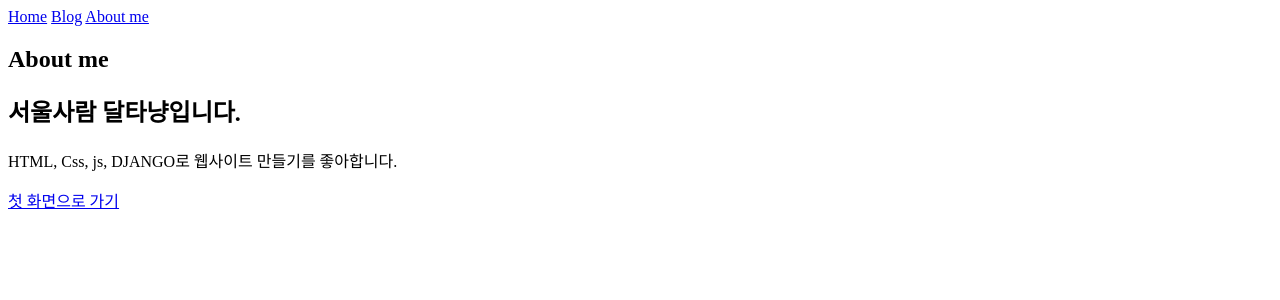
Repository: lwygold/do_it_ft
Page: blog_list.html
The author's editor kept a copy of each file at every save. The page is drawn from the files as they stood at one save, then again after a run of saves.
The browser window is 1280 px wide. The pictures show the whole page.

Above is the page before, as saved 2021-08-10 17:57:07.

After the next 3 saves:
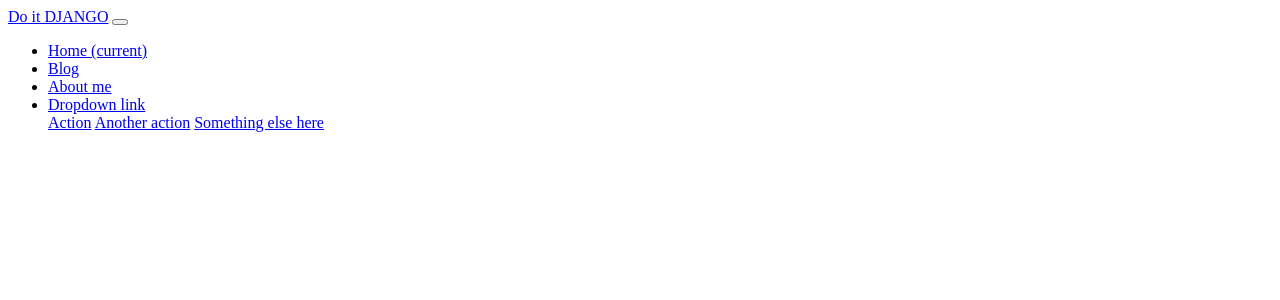
The 3 saves are shown as one change because they came seconds apart.
The last was saved 9 s later.
--- a/blog_list.html
+++ b/blog_list.html
@@ -7,18 +7,38 @@
     <title>About Me</title>
 </head>
 <body>
-    <nav>
-        <a href="./index.html">Home</a>
-        <a href="./blog_list.html">Blog</a>
-        <a href="./about_me.html">About me</a>
 
-        <h1>About me</h1>
-        <h2>서울사람 달타냥입니다.</h2>
+    <nav class="navbar navbar-expand-lg navbar-light bg-light">
+        <a class="navbar-brand" href="#">Do it DJANGO</a>
+        <button class="navbar-toggler" type="button" data-toggle="collapse" data-target="#navbarNavDropdown"
+            aria-controls="navbarNavDropdown" aria-expanded="false" aria-label="Toggle navigation">
+            <span class="navbar-toggler-icon"></span>
+        </button>
+        <div class="collapse navbar-collapse" id="navbarNavDropdown">
+            <ul class="navbar-nav">
+                <li class="nav-item active">
+                    <a class="nav-link" href="./index.html">Home <span class="sr-only">(current)</span></a>
+                </li>
+                <li class="nav-item">
+                    <a class="nav-link" href="./blog_list.html">Blog</a>
+                </li>
+                <li class="nav-item">
+                    <a class="nav-link" href="./about_me.html">About me</a>
+                </li>
+                <li class="nav-item dropdown">
+                    <a class="nav-link dropdown-toggle" href="#" id="navbarDropdownMenuLink" role="button"
+                        data-toggle="dropdown" aria-haspopup="true" aria-expanded="false">
+                        Dropdown link
+                    </a>
+                    <div class="dropdown-menu" aria-labelledby="navbarDropdownMenuLink">
+                        <a class="dropdown-item" href="#">Action</a>
+                        <a class="dropdown-item" href="#">Another action</a>
+                        <a class="dropdown-item" href="#">Something else here</a>
+                    </div>
+                </li>
+            </ul>
+        </div>
+    </nav>
 
-        <p>HTML, Css, js, DJANGO로 웹사이트 만들기를 좋아합니다.</p>
-
-        <a href="./index.html">첫 화면으로 가기</a>
-
-    </nav>
 </body>
 </html>
